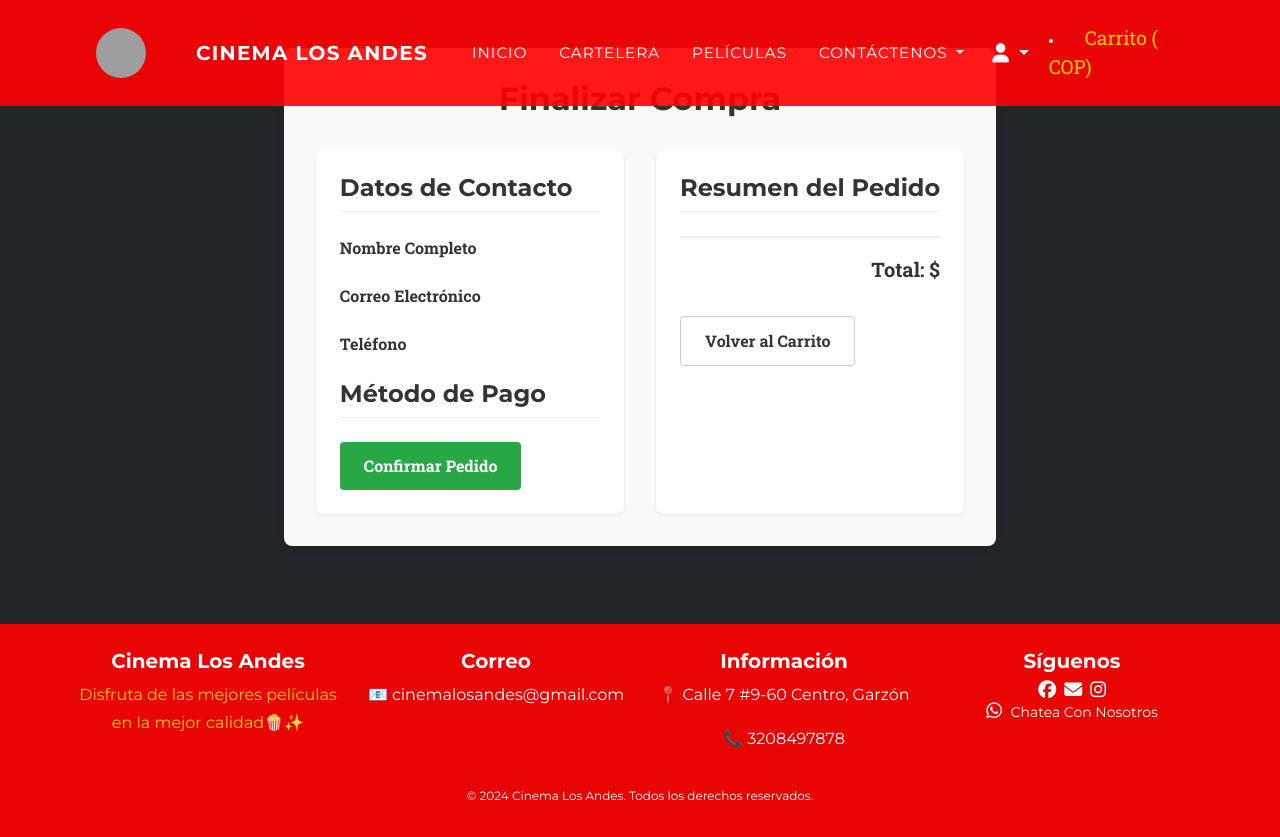
Repository: FelipeADSO/PROYECTO-SENA-FINAL
Page: cinema/templates/finalizar_compra.html
The author's editor kept a copy of each file at every save. The page is drawn from the files as they stood at one save, then again after the next save.
The browser window is 1280 px wide. The pictures show the whole page.
Pictures or frames that could not be fetched are drawn as grey boxes. Some web libraries are served in a nearby version. The template is drawn by Django 5.2. The application's start-up code is not run. Other server files are loaded and not shown. The template is opened directly, without the code that normally fills it, so the values that code supplies are empty.

Above is the page before, as saved 2025-03-06 07:01:12.

### cinema/templates/finalizar_compra.html
{% extends 'base.html' %}
{% load static %}

{% block title %}Finalizar Compra{% endblock %}

{% block style %}
<style>

    /* Contenedor principal */
    .container {
        width: 90%;
        max-width: 1200px;
        margin: 10px auto;
    }

    /* Header */
    header {
        background-color: #1e1e1e;
        padding: 15px 0;
        text-align: center;
    }

    header h1 {
        font-size: 2rem;
        color: #ffcc00;
        margin: 0;
    }

    /* Navbar */
    .navbar {
        display: flex;
        justify-content: center;
        padding: 10px 0;
        background-color: #222;
    }

    .navbar a {
        color: #ffcc00;
        text-decoration: none;
        padding: 10px 20px;
        font-size: 1.2rem;
        transition: 0.3s;
    }

    .navbar a:hover {
        color: #ffffff;
    }

    /* Cartelera */
    .cartelera {
        display: grid;
        grid-template-columns: repeat(auto-fit, minmax(250px, 1fr));
        gap: 20px;
        margin-top: 20px;
    }

    .pelicula {
        background-color: #252525;
        border-radius: 8px;
        padding: 15px;
        text-align: center;
        transition: 0.3s;
    }

    .pelicula:hover {
        transform: scale(1.05);
    }

    .pelicula img {
        width: 100%;
        border-radius: 8px;
    }

    .pelicula h3 {
        font-size: 1.5rem;
        margin: 10px 0;
    }

    /* Formulario de reservas */
    .formulario {
        background-color: #252525;
        padding: 20px;
        border-radius: 8px;
        max-width: 500px;
        margin: 0 auto;
    }

    .formulario label {
        display: block;
        font-weight: bold;
        margin: 10px 0 5px;
    }

    .formulario input,
    .formulario select {
        width: 100%;
        padding: 10px;
        border-radius: 5px;
        border: none;
        margin-bottom: 15px;
    }

    .formulario button {
        background-color: #ffcc00;
        color: #121212;
        padding: 10px;
        width: 100%;
        border: none;
        border-radius: 5px;
        font-size: 1rem;
        cursor: pointer;
        transition: 0.3s;
    }

    .formulario button:hover {
        background-color: #e6b800;
    }

    /* Resumen de reserva */
    .resumen {
        background-color: #252525;
        padding: 20px;
        border-radius: 8px;
        max-width: 600px;
        margin: 20px auto;
    }

    .resumen h2 {
        color: #ffcc00;
        text-align: center;
    }

    .resumen p {
        font-size: 1.2rem;
        margin: 10px 0;
    }

    /* Footer */
    footer {
        background-color: #1e1e1e;
        text-align: center;
        padding: 15px 0;
        margin-top: 30px;
    }

    footer p {
        color: #ffcc00;
        font-size: 1rem;
    }
    </style>
{% endblock %}

{% block content %}
    <link rel="stylesheet" href="{% static 'css/pasarela.css' %}">

    <div class="checkout-container">
        <h1 class="checkout-titulo">Finalizar Compra</h1>

        {% if messages %}
            <div class="messages">
                {% for message in messages %}
                    <div class="alert alert-{{ message.tags }}">
                        {{ message }}
                    </div>
                {% endfor %}
            </div>
        {% endif %}

        <div class="checkout-grid">
            <div class="checkout-form">
                <h2 class="resumen-titulo">Datos de Contacto</h2>
                <form method="POST">
                    {% csrf_token %}

                    <div class="form-group">
                        <label for="{{ form.nombre.id_for_label }}">Nombre Completo</label>
                        {{ form.nombre }}
                        {% if form.nombre.errors %}
                            <div class="form-error">{{ form.nombre.errors }}</div>
                        {% endif %}
                    </div>

                    <div class="form-group">
                        <label for="{{ form.email.id_for_label }}">Correo Electrónico</label>
                        {{ form.email }}
                        {% if form.email.errors %}
                            <div class="form-error">{{ form.email.errors }}</div>
                        {% endif %}
                    </div>

                    <div class="form-group">
                        <label for="{{ form.telefono.id_for_label }}">Teléfono</label>
                        {{ form.telefono }}
                        {% if form.telefono.errors %}
                            <div class="form-error">{{ form.telefono.errors }}</div>
                        {% endif %}
                    </div>

                    <!-- Método de Pago -->
                    <h2 class="resumen-titulo">Método de Pago</h2>
                    <div class="form-group">
                        {% for radio in form.metodo_pago %}
                            <div class="form-check">
                                {{ radio.tag }} {{ radio.choice_label }}
                            </div>
                        {% endfor %}
                        {% if form.metodo_pago.errors %}
                            <div class="form-error">{{ form.metodo_pago.errors }}</div>
                        {% endif %}
                    </div>

                    <button type="submit" class="btn btn-success">
                        Confirmar Pedido
                    </button>
                </form>
            </div>

            <div class="checkout-resumen">
                <h2 class="resumen-titulo">Resumen del Pedido</h2>

                {% for item in carrito_items %}
                    <div class="resumen-item">
                        <div class="resumen-producto">
                            <img src="{{ item.producto.foto.url }}" alt="{{ item.producto.nombre }}" class="resumen-imagen">
                            <div>
                                <div>{{ item.producto.nombre }}</div>
                                <div>Cantidad: {{ item.cantidad }}</div>
                            </div>
                        </div>
                        <div>${{ item.subtotal }}</div>
                    </div>
                {% endfor %}

                <div class="resumen-total">
                    Total: ${{ total }}
                </div>

                <div style="margin-top: 2rem;">
                    <a href="{% url 'ver_carrito' %}" class="btn btn-outline">
                        Volver al Carrito
                    </a>
                </div>
            </div>
        </div>
    </div>
{% endblock %}

### cinema/templates/base.html
{% load static %}
<!DOCTYPE html>
<html lang="en">
<head>
    <meta charset="utf-8" />
    <meta name="viewport" content="width=device-width, initial-scale=1, shrink-to-fit=no" />
    <meta name="description" content="" />
    <meta name="author" content="" />
    <title>Cinema Los Andes</title>

    <link rel="shortcut icon" type="image/x-icon" href="{% static '/static/imagenes/Logo.jpeg' %}">
    <link href="https://cdn.jsdelivr.net/npm/bootstrap@5.2.3/dist/css/bootstrap.min.css" rel="stylesheet">
    <link href="https://fonts.googleapis.com/css?family=Montserrat:400,700" rel="stylesheet" type="text/css" />
    <link href="https://fonts.googleapis.com/css?family=Roboto+Slab:400,100,300,700" rel="stylesheet" type="text/css" />


    <link href="{% static 'css/style.css' %}" rel="stylesheet"/>
    {% block style %} {% endblock %}
</head>

<body class="bg-dark text-white d-flex flex-column min-vh-100">

    <!-- MENÚ NAVBAR REDUCIDO -->
    <nav class="navbar navbar-expand-lg navbar-dark fixed-top" id="mainNav"
    style="background-color: rgba(255, 0, 0, 0.9); font-size: 11px; padding: 8px 0;">
    <div class="container d-flex align-items-center">
        <a href="{% url 'inicio' %}">
            <img src="{% static 'imagenes/logo.jpeg' %}" alt="Logo"
                style="width: 50px; height: 50px; margin-right: 10px; border-radius: 50px;">
        </a>
        <a class="navbar-brand fw-bold" style="color: #fff; font-size: 20px;" href="{% url 'inicio' %}">
            Cinema Los Andes
        </a>
        <button class="navbar-toggler" type="button" data-bs-toggle="collapse" data-bs-target="#navbarResponsive"
            aria-controls="navbarResponsive" aria-expanded="false" aria-label="Toggle navigation">
            <i class="fas fa-bars ms-1"></i>
        </button>
        <div class="collapse navbar-collapse" id="navbarResponsive">
            <ul class="navbar-nav text-uppercase ms-auto py-2">
                <li class="nav-item"><a class="nav-link px-2" href="{% url 'inicio' %}">Inicio</a></li>
                <li class="nav-item"><a class="nav-link px-2" href="{% url 'cartelera' %}">Cartelera</a></li>
                <li class="nav-item"><a class="nav-link px-2" href="{% url 'peliculas' %}">Películas</a></li>

                <!-- Menú Desplegable -->
                <li class="nav-item dropdown ">
                    <a class="nav-link dropdown-toggle text-uppercase-none" href="#" id="dropdownMenuButton" role="button"
                       data-bs-toggle="dropdown" aria-expanded="false">
                        Contáctenos
                    </a>
                    <ul class="dropdown-menu" aria-labelledby="dropdownMenuButton" style="text-transform: none;">
                        <li><a class="dropdown-item" href="{% url 'somos' %}">Quienes Somos</a></li>
                        <li><a class="dropdown-item" href="{% url 'contactenos' %}">Contactenos</a></li>
                    </ul>

                </li>

                {% if user.is_authenticated %}
                    <li class="nav-item2">
                        <span class="alert mb-0 text-white px-2 py-1 rounded" style="font-size: 14px;  " >
                        ¡Bienvenido, {{ user.username }}!
                        </span>
                    </li>
            {% endif %}
                </ul>

                <div class="iconos_2" style="color: #fff;">
                    <div class="dropdown">
                        <a class="btn btn-outline-secondary dropdown-toggle" style="color: #fff;" href="#" role="button" id="userDropdown" data-bs-toggle="dropdown" aria-expanded="false">
                            <i style="color: #fff;" class="fa-solid fa-user"></i>
                        </a>

                        <ul class="dropdown-menu" aria-labelledby="userDropdown">
                            {% if not user.is_authenticated %}
                            <li><a class="dropdown-item" href="{% url 'login' %}">Iniciar sesión</a></li>
                            <li><a class="dropdown-item" href="{% url 'register' %}">Registrarse</a></li>

                            {% else %}
                                <li><a class="dropdown-item" href="{% url 'perfil' %}">Perfil de Usuario</a></li>
                                <li>
                                    <form method="post" action="{% url 'logout' %}" class="d-inline">
                                        {% csrf_token %}
                                        <button type="submit" class="dropdown-item">Cerrar Sesión</button>
                                    </form>
                                </li>
                            {% endif %}
                        </ul>
                    </div>
                </div>
                <li><a href="{% url 'carrito' %}">Carrito ({{ carrito.total }} COP)</a></li>
            </div>
        </div>
    </nav>



    <!-- CONTENIDO -->
    {% block content %}
    <div class="container my-auto">
        <!-- Aquí va el contenido de cada página -->
    </div>
    {% endblock %}

    <!-- FOOTER REDUCIDO -->
    <footer class="footer text-center"
        style="background-color: rgba(255, 0, 0, 0.9); font-size: 14px; padding: 15px 0;">
        <div class="container">
            <div class="row">
                <div class="col-md-3">
                    <h5 class="text-white">Cinema Los Andes</h5>
                    <p>Disfruta de las mejores películas en la mejor calidad🍿✨</p>
                </div>
                <div class="col-md-3">
                    <h5 class="text-white">Correo</h5>
                    <p class="text-white">📧 cinemalosandes@gmail.com</p>
                </div>
                <div class="col-md-3">
                    <h5 class="text-white">Información</h5>
                    <p class="text-white">📍 Calle 7 #9-60 Centro, Garzón</p>
                    <p class="text-white">📞 3208497878</p>
                </div>
                <div class="col-md-3">
                    <h5 class="text-white">Síguenos</h5>
                    <div class="d-flex justify-content-center gap-2">
                        <a href="https://facebook.com/cinemalosandes" target="_blank">
                            <i class="fab fa-facebook" style="color: #fff; font-size: 18px;"></i>
                        </a>
                        <a href="mailto:contacto@cinemalosandes.com">
                            <i class="fas fa-envelope" style="color: #fff; font-size: 18px;"></i>
                        </a>
                        <a href="https://instagram.com/cinemalosandes" target="_blank">
                            <i class="fab fa-instagram" style="color: #fff; font-size: 18px;"></i>
                        </a>
                    </div>
                    <a href="https://wa.me/573208497878" target="_blank"
                        style="color: #fff; text-decoration: none; font-size: 14px;">
                        <i class="fab fa-whatsapp" style="color: #fff; font-size: 18px; margin-right: 5px;"></i> Chatea Con Nosotros
                    </a>
                </div>
            </div>
            <p class="text-white mt-3" style="font-size: 12px;">
                &copy; 2024 Cinema Los Andes. Todos los derechos reservados.
            </p>
        </div>
    </footer>

    <!-- SCRIPTS -->
    <script src="https://kit.fontawesome.com/a076d05399.js" crossorigin="anonymous"></script>
    <script src="https://cdn.jsdelivr.net/npm/bootstrap@5.3.0/dist/js/bootstrap.bundle.min.js"></script>
    <script src="https://cdn.jsdelivr.net/npm/bootstrap@5.2.3/dist/js/bootstrap.bundle.min.js"></script>
    <script src="{% static 'js/scripts.js' %}"></script>
    <script src="https://cdn.startbootstrap.com/sb-forms-latest.js"></script>

</body>
</html>

### cinema/static/css/pasarela.css
.checkout-container {
    max-width: 1200px;
    margin: 5rem auto;
    padding: 0 2rem;
}

.checkout-titulo {
    text-align: center;
    color: var(--primario-oscuro);
    font-size: 2.5rem;
    margin-bottom: 3rem;
}

.checkout-grid {
    display: grid;
    grid-template-columns: 1fr 1fr;
    gap: 2rem;

}

.checkout-form {
    background-color: white;
    padding: 2rem;
    border-radius: 8px;
    box-shadow: 0 4px 6px rgba(0, 0, 0, 0.1);
}

.checkout-resumen {
    background-color: white;
    padding: 2rem;
    border-radius: 8px;
    box-shadow: 0 4px 6px rgba(0, 0, 0, 0.1);
}

.form-group {
    margin-bottom: 1.5rem;
}

.form-group label {
    display: block;
    margin-bottom: 0.5rem;
    font-weight: 500;
    color: var(--primario-oscuro);
}

.form-control {
    width: 100%;
    padding: 0.75rem;
    border: 1px solid #ddd;
    border-radius: 4px;
    font-size: 1rem;
}

.resumen-titulo {
    font-size: 1.5rem;
    margin-bottom: 1.5rem;
    color: var(--primario-oscuro);
    border-bottom: 1px solid #eee;
    padding-bottom: 0.5rem;
}

.resumen-item {
    display: flex;
    justify-content: space-between;
    margin-bottom: 1rem;
    padding-bottom: 1rem;
    border-bottom: 1px solid #f0f0f0;
}

.resumen-producto {
    display: flex;
    align-items: center;
    gap: 1rem;
}

.resumen-imagen {
    width: 50px;
    height: 50px;
    object-fit: cover;
    border-radius: 4px;
}

.resumen-total {
    font-size: 1.2rem;
    font-weight: bold;
    text-align: right;
    margin-top: 1.5rem;
    padding-top: 1rem;
    border-top: 2px solid #f0f0f0;
}
.checkout-container {
    max-width: 1200px;
    margin: 3rem auto;
    padding: 2rem;
    background-color: #f9f9f9;
    border-radius: 8px;
    box-shadow: 0 4px 6px rgba(0, 0, 0, 0.1);
    color: #333; /* Asegurar que el texto sea oscuro */
}

.checkout-titulo {
    text-align: center;
    color: #333;
    margin-bottom: 2rem;
    font-size: 2rem;
}

.checkout-grid {
    display: grid;
    grid-template-columns: 1fr 1fr;
    gap: 2rem;
}

.checkout-form, .checkout-resumen {
    background-color: white;
    padding: 1.5rem;
    border-radius: 8px;
    box-shadow: 0 2px 4px rgba(0, 0, 0, 0.05);
}

.resumen-titulo {
    color: #333;
    margin-bottom: 1.5rem;
    font-size: 1.5rem;
    border-bottom: 1px solid #eee;
    padding-bottom: 0.5rem;
}

.form-group {
    margin-bottom: 1.5rem;
}

.form-group label {
    display: block;
    margin-bottom: 0.5rem;
    color: #333;
    font-weight: 600;
}

.form-control {
    width: 100%;
    padding: 0.75rem;
    border: 1px solid #ddd;
    border-radius: 4px;
    font-size: 1rem;
}

.form-error {
    color: #dc3545;
    margin-top: 0.25rem;
    font-size: 0.875rem;
}

.resumen-item {
    padding: 1rem 0;
    border-bottom: 1px solid #eee;
    display: flex;
    justify-content: space-between;
    align-items: center;
}

.resumen-producto {
    display: flex;
    align-items: center;
    gap: 1rem;
}

.resumen-imagen {
    width: 60px;
    height: 60px;
    object-fit: cover;
    border-radius: 4px;
}

.resumen-total {
    margin-top: 1.5rem;
    text-align: right;
    font-weight: bold;
    font-size: 1.25rem;
    color: #333;
}

.btn {
    padding: 0.75rem 1.5rem;
    border: none;
    border-radius: 4px;
    cursor: pointer;
    font-weight: 600;
    transition: all 0.3s;
    display: inline-block;
    text-decoration: none;
}

.btn-success {
    background-color: #28a745;
    color: white;
}

.btn-success:hover {
    background-color: #218838;
}

.btn-outline {
    background-color: transparent;
    border: 1px solid #ccc;
    color: #333;
}

.btn-outline:hover {
    background-color: #f8f9fa;
}

@media (max-width: 768px) {
    .checkout-grid {
        grid-template-columns: 1fr;
    }

    .checkout-titulo {
        font-size: 2rem;
        margin-bottom: 2rem;
    }
}

### cinema/static/js/scripts.js

window.addEventListener('DOMContentLoaded', event => {

    // Navbar shrink function
    var navbarShrink = function () {
        const navbarCollapsible = document.body.querySelector('#mainNav');
        if (!navbarCollapsible) {
            return;
        }
        if (window.scrollY === 0) {
            navbarCollapsible.classList.remove('navbar-shrink')
        } else {
            navbarCollapsible.classList.add('navbar-shrink')
        }

    };

    // Shrink the navbar
    navbarShrink();

    // Shrink the navbar when page is scrolled
    document.addEventListener('scroll', navbarShrink);

    //  Activate Bootstrap scrollspy on the main nav element
    const mainNav = document.body.querySelector('#mainNav');
    if (mainNav) {
        new bootstrap.ScrollSpy(document.body, {
            target: '#mainNav',
            rootMargin: '0px 0px -40%',
        });
    };

    // Collapse responsive navbar when toggler is visible
    const navbarToggler = document.body.querySelector('.navbar-toggler');
    const responsiveNavItems = [].slice.call(
        document.querySelectorAll('#navbarResponsive .nav-link')
    );
    responsiveNavItems.map(function (responsiveNavItem) {
        responsiveNavItem.addEventListener('click', () => {
            if (window.getComputedStyle(navbarToggler).display !== 'none') {
                navbarToggler.click();
            }
        });
    });

});

Loaded but not shown: cinema/static/css/style.css (library)

After the next save:
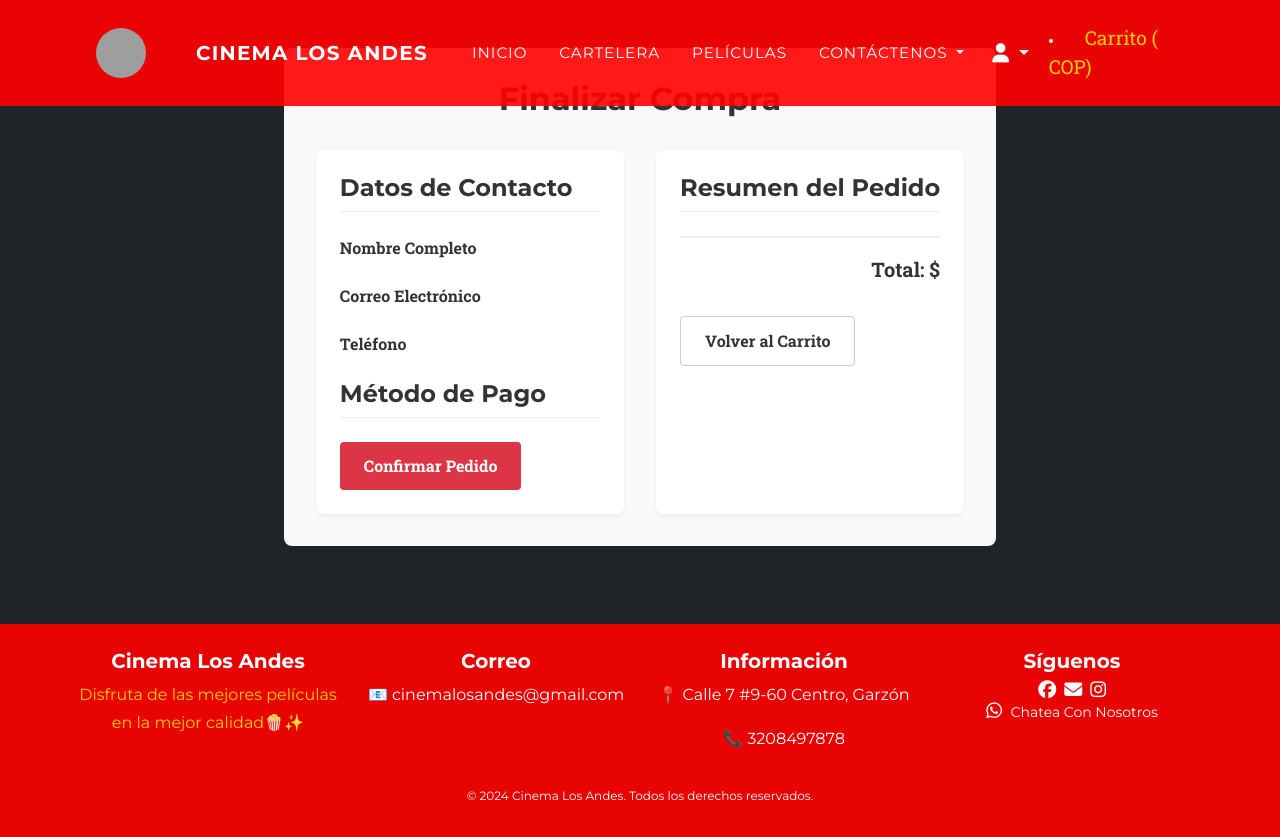
Saved 60 s later.
--- a/cinema/templates/finalizar_compra.html
+++ b/cinema/templates/finalizar_compra.html
@@ -209,7 +209,7 @@
                         {% endif %}
                     </div>
 
-                    <button type="submit" class="btn btn-success">
+                    <button type="submit" class="btn btn-danger">
                         Confirmar Pedido
                     </button>
                 </form>
